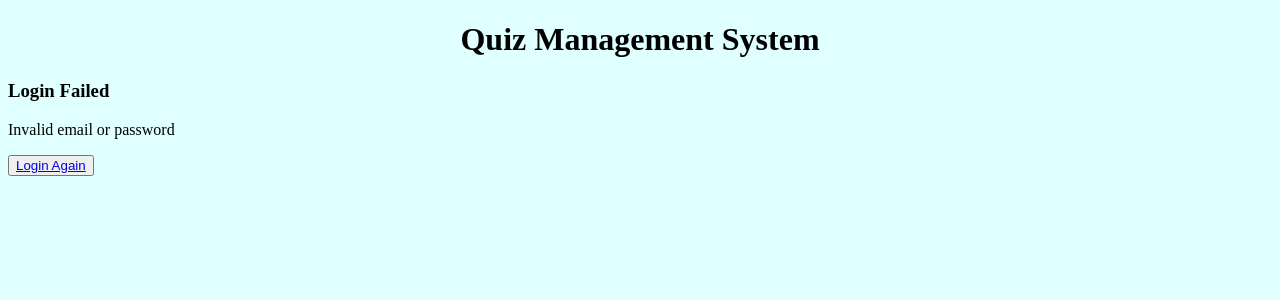
Repository: Rohitsenpai01/Quiz-Manangement-System
Page: http://localhost/WebQuizApp/login.jsp
These files come from the project's save history. The page is drawn as it stood at one moment and after the next save; the edit follows.
The browser window is 1280 px wide. The pictures show the whole page.
The page is served by Tomcat 9. Queries for data that is not in the repository find no rows.

Above is the page before, as saved 2025-12-29 05:54:27.

After the next save:
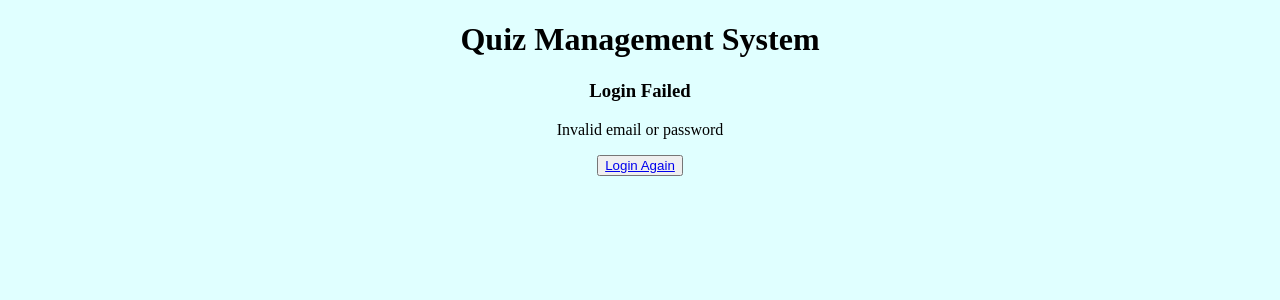
Saved 2 min 41 s later.
--- a/WebQuizApp/WebQuizApp/src/main/webapp/login.jsp
+++ b/WebQuizApp/WebQuizApp/src/main/webapp/login.jsp
@@ -15,7 +15,7 @@
 	${lp.autheticate()}
 	<c:choose>
 		<c:when test="${empty lp.user}">
-			<div>
+			<div style="text-align: center">
 			<h3>Login Failed</h3>
 			<p>Invalid email or password</p>
 			<button><a href="index.jsp">Login Again</a></button>
